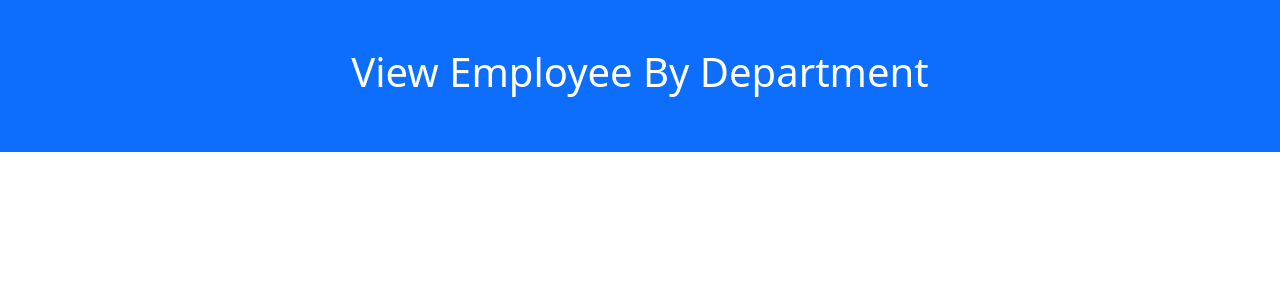
Repository: Rishicollinz/Java_Fullstack
Page: http://localhost/jspproject/view/bydept.jsp
The author's editor kept a copy of each file at every save. The page is drawn from the files as they stood at one save, then again after the next save.
The browser window is 1280 px wide. The pictures show the whole page.
The page is served by Tomcat 9. Queries for data that is not in the repository find no rows.

Above is the page before, as saved 2023-05-18 16:11:00.

### Eclipse 2/jspproject/src/main/webapp/view/bydept.jsp
<%@ page language="java" contentType="text/html; charset=UTF-8"
    pageEncoding="UTF-8"%>
<!DOCTYPE html>
<html>
<head>
<meta charset="UTF-8">
<title>View Employee By department</title>

<link href="https://cdn.jsdelivr.net/npm/bootstrap@5.2.3/dist/css/bootstrap.min.css" rel="stylesheet">
<script src="https://cdn.jsdelivr.net/npm/bootstrap@5.2.3/dist/js/bootstrap.bundle.min.js"></script>

<style>
table, th, td {
  border:1px solid black;
}
</style>
</head>

<body>

<div class="container-fluid p-5 bg-primary text-white text-center">
  <h1>View Employee By Department</h1>
</div>
<%@ page import="java.sql.*" %>
<%@ page import="javax.sql.*" %>
<%
String dept=request.getParameter("deptName");

Class.forName("com.mysql.cj.jdbc.Driver");
final String db_url="jdbc:mysql://localhost:3306/jspproject";
final String user="root";
Connection con=null;
con=DriverManager.getConnection(db_url, user, "");

String qry="Select * from employee where department=?";
PreparedStatement prt=con.prepareStatement(qry);
prt.setString(1,dept);
ResultSet rs=prt.executeQuery();
while(rs.next()){
	%>
	<table style="width:100%">
  <tr>
    <th>Employee Id</th>
    <th>Name</th>
    <th>Email</th>
    <th>Role</th>
    <th>Project</th>
    <th>Department</th>
    <th>Contact Number</th>
   <tr>
   <tr>
			<td><%=rs.getInt(1) %></td>
			<td><%=rs.getString(2) %></td>
			<td><%=rs.getString(5) %></td>
			<td><%=rs.getString(9) %></td>
			<td><%=rs.getString(10) %></td>
			<td><%=rs.getString(8) %></td>
			<td><%=rs.getString(6) %></td>

	</tr>
<%
}
%>
</body>
</html>

After the next save:
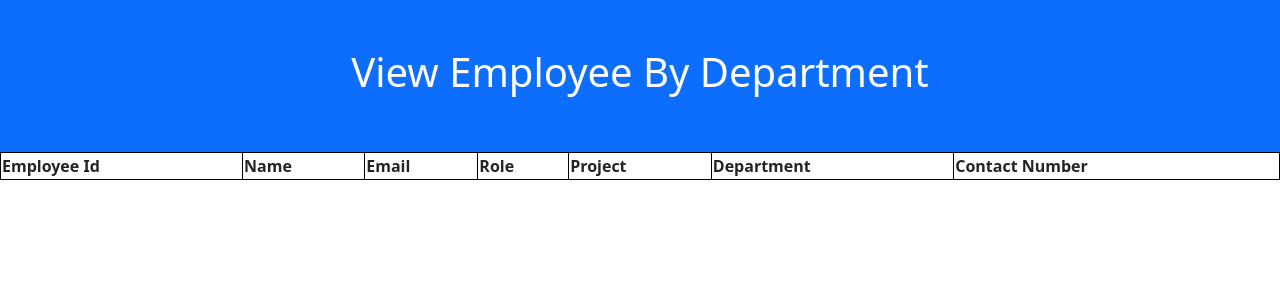
Saved 44 s later.
--- a/Eclipse 2/jspproject/src/main/webapp/view/bydept.jsp
+++ b/Eclipse 2/jspproject/src/main/webapp/view/bydept.jsp
@@ -23,6 +23,16 @@ table, th, td {
 </div>
 <%@ page import="java.sql.*" %>
 <%@ page import="javax.sql.*" %>
+<table style="width:100%">
+  <tr>
+    <th>Employee Id</th>
+    <th>Name</th>
+    <th>Email</th>
+    <th>Role</th>
+    <th>Project</th>
+    <th>Department</th>
+    <th>Contact Number</th>
+   <tr>
 <%
 String dept=request.getParameter("deptName");
 
@@ -38,16 +48,7 @@ prt.setString(1,dept);
 ResultSet rs=prt.executeQuery();
 while(rs.next()){
 	%>
-	<table style="width:100%">
-  <tr>
-    <th>Employee Id</th>
-    <th>Name</th>
-    <th>Email</th>
-    <th>Role</th>
-    <th>Project</th>
-    <th>Department</th>
-    <th>Contact Number</th>
-   <tr>
+
    <tr>
 			<td><%=rs.getInt(1) %></td>
 			<td><%=rs.getString(2) %></td>
